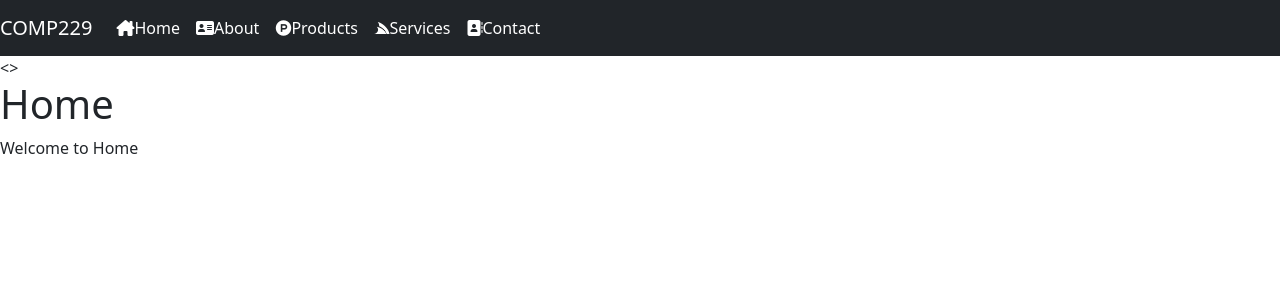
Repository: BlessingAjiboye/WEEK52023W
Page: http://localhost/
These files come from the project's save history. The page is drawn as it stood at one moment and after the next save; the edit follows.
The browser window is 1280 px wide. The pictures show the whole page.
The page is served by the project's Node server (server.js).

Above is the page before, as saved 2023-01-26 11:31:06.

After the next save:
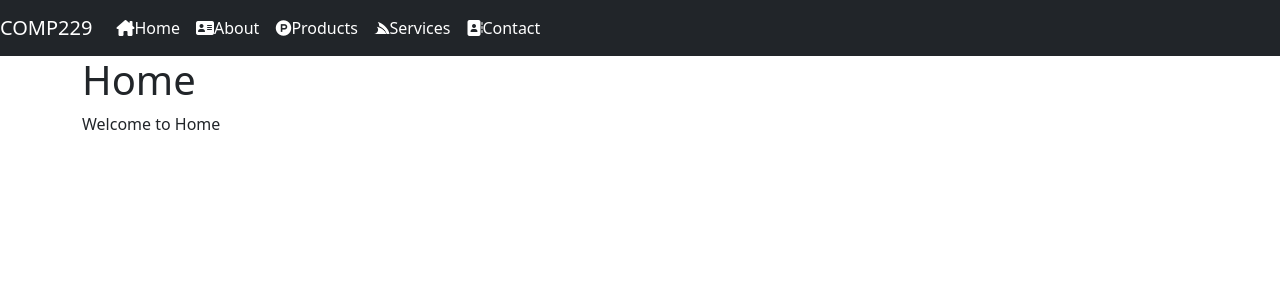
Saved 10 s later.
--- a/views/index.ejs
+++ b/views/index.ejs
@@ -61,7 +61,7 @@
     <!--</div>-->
   </div>
 </nav>
-<>
+<main class="container">
    <h1><%= title %></h1>
    <p>Welcome to <%= title %></p>
    <!--Script section-->
